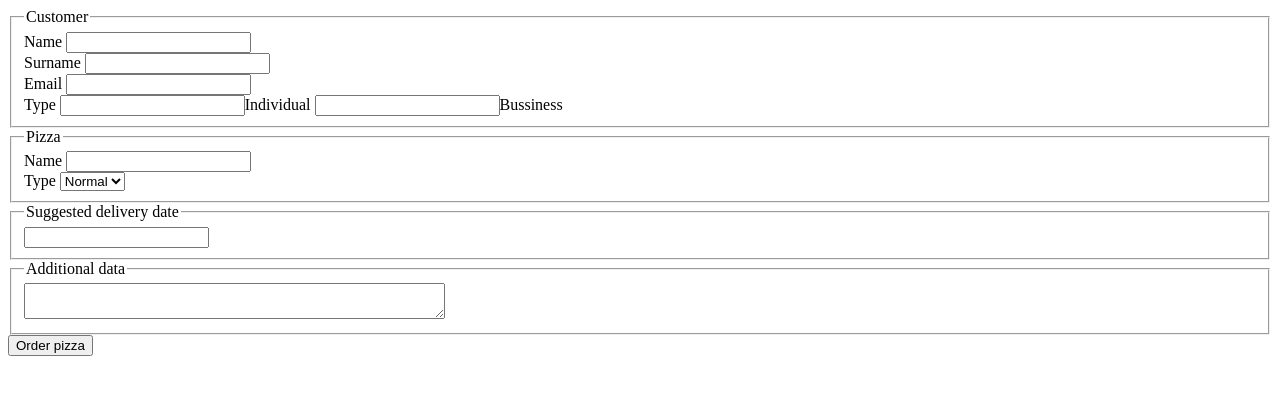
Repository: lukas77pro/html_css_js
Page: html/Test/WebContent/Formularz.html
The author's editor kept a copy of each file at every save. The page is drawn from the files as they stood at one save, then again after the next save.
The browser window is 1280 px wide. The pictures show the whole page.

Above is the page before, as saved 2015-07-10 11:43:05.

### html/Test/WebContent/Formularz.html
<!DOCTYPE html>
<html>
<head>
<meta charset="UTF-8">
<title>Insert title here</title>
</head>

<body>


	<fieldset>
		<legend>Customer</legend>
		<div>
			<label for="inputName">Name</label> <input type="text"
				name="inputName">
		</div>
		<div>
			<label for="inputSurname">Surname</label> <input type="text"
				name="inputSurname">
		</div>
		<div>
			<label for="inputEmail">Email</label> <input type="text"
				name="inputEmail">
		</div>
		<div>
			<label for="radio1">Type</label> <input type="radio1" name="radio"
				checked><label for="radio1">Individual</label> <input
				type="radio2" name="radio"><label for="radio2">Bussiness</label>
		</div>
	</fieldset>

	<fieldset>
		<legend>Pizza</legend>
		<div>
			<label for="inputName">Name</label> <input type="text"
				name="inputName">
		</div>
		<label for="inputName">Type</label> <select name="select">
			<option value="Small">Small</option>
			<option value="Normal" selected>Normal</option>
			<option value="Big">Big</option>
		</select>
	</fieldset>

	<fieldset>
		<legend>Suggested delivery date</legend>
		<input type="text" name="Date">
	</fieldset>

	<fieldset>
		<legend>Additional data</legend>
		<textarea name="textarea" rows="2" cols="50"></textarea>
	</fieldset>
	<button name="button">Order pizza</button>
</body>
</html>

After the next save:
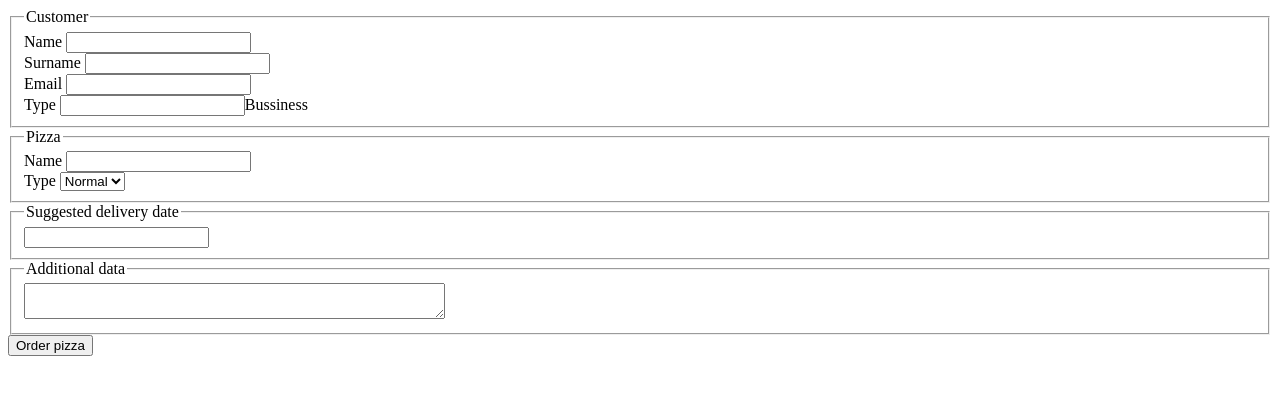
Saved 30 s later.
--- a/html/Test/WebContent/Formularz.html
+++ b/html/Test/WebContent/Formularz.html
@@ -24,8 +24,7 @@
 		</div>
 		<div>
 			<label for="radio1">Type</label> <input type="radio1" name="radio"
-				checked><label for="radio1">Individual</label> <input
-				type="radio2" name="radio"><label for="radio2">Bussiness</label>
+				checked><label for="radio2">Bussiness</label>
 		</div>
 	</fieldset>
 
